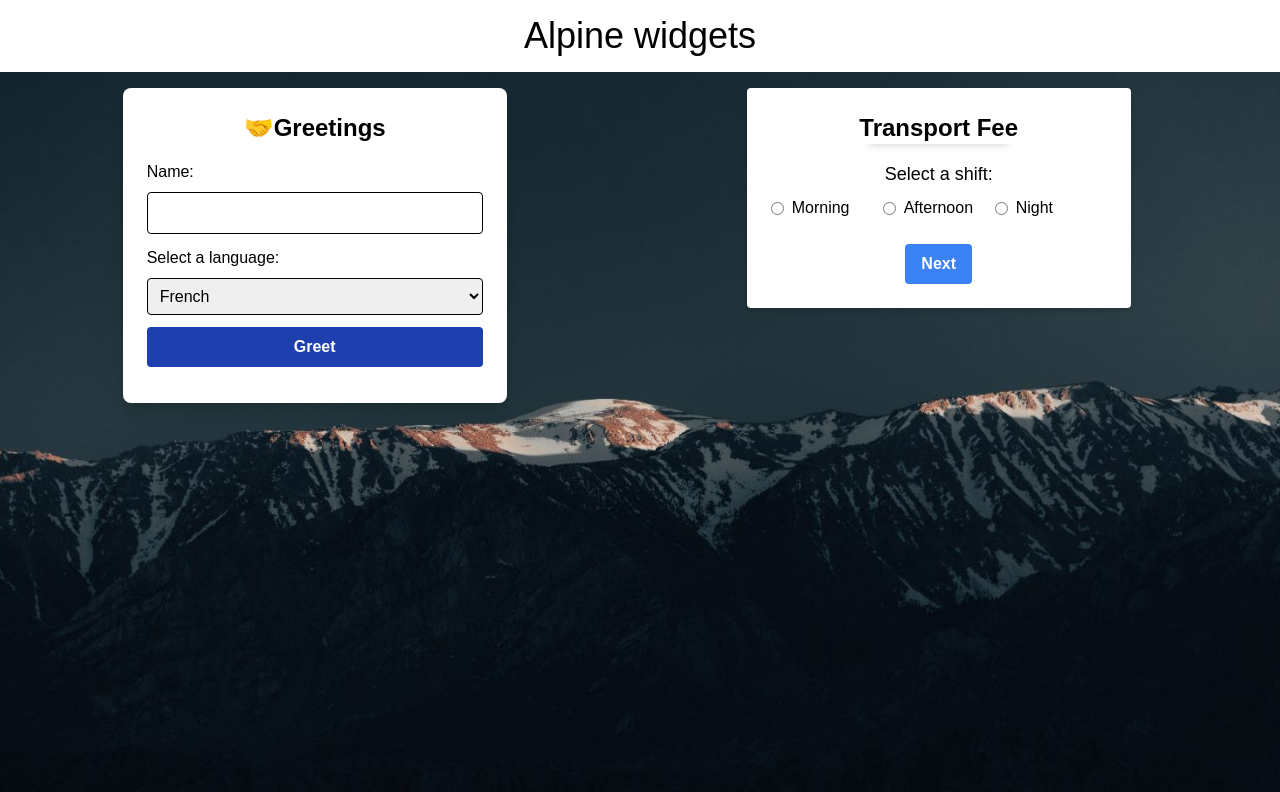
Repository: lasity34/alpine-bootcamp-widgets
Page: index.html
An editor plug-in stored every save of this project. The page is shown before and after the next save, followed by the edit.
The browser window is 1280 px wide. The pictures show the whole page.
Some web fonts or font styles are not loaded; a fallback is used. Some web libraries are served in a nearby version.

Above is the page before, as saved 2023-07-12 15:46:39.
Console error: ReferenceError: shift is not defined

### index.html
<!DOCTYPE html>
<html lang="en">
  <head>
    <meta charset="UTF-8" />
    <meta name="viewport" content="width=device-width, initial-scale=1.0" />
    <title>Alpine bootcamp widgets</title>
    <script src="https://unpkg.com/alpinejs@3.2.2" defer></script>

    <link
      href="https://cdn.jsdelivr.net/npm/tailwindcss@2.1.2/dist/tailwind.min.css"
      rel="stylesheet"
    />
    <link rel="preconnect" href="https://fonts.googleapis.com" />
    <link rel="preconnect" href="https://fonts.gstatic.com" crossorigin />
    <link
      href="https://fonts.googleapis.com/css2?family=Titillium+Web:ital@0;1&family=Tsukimi+Rounded:wght@300;400;500&display=swap"
      rel="stylesheet"
    />
    <link rel="stylesheet" href="./style.css" />
  </head>
  <body>
    <h1 class="text-4xl text-center mt-4 pb-4">Alpine widgets</h1>
    <div class="widget_container flex justify-around items-start h-screen">
      <section x-data="greet" class="w-1/3" >
        <div class="bg-white rounded-lg shadow-lg p-6 m-4 max-w-sm">
          <h2 class="text-2xl text-center font-bold mb-4">🤝Greetings</h2>
          <p
            class="mt-3 text-red-600 text-xl text-center"
            x-text="notification"
            x-show.transition="showNotification"
            x-transition:leave="transition ease-in duration-1000"
            x-transition:leave-start="opacity-100"
            x-transition:leave-end="opacity-0"
          ></p>
          <div>
            <label>Name:</label>
            <input
              type="text"
              x-model="name"
              class="border border-black p-2 mt-2 rounded w-full"
            />

            <label class="mt-3 block">Select a language:</label>
            <select
              x-model="language"
              class="border border-black mt-2 p-2 rounded w-full"
            >
              <option value="French">French</option>
              <option value="English">English</option>
              <option value="Spanish">Spanish</option>
            </select>
            <div class="flex justify-center flex-col">
              <button
                @click="validateInput() & greeting()"
                class="text-center mt-3 bg-blue-800 hover:bg-blue-900 text-white font-bold py-2 px-4 rounded"
              >
                Greet
              </button>

              <p
                class="mt-3 text-purple-700 text-2xl text-center"
                x-text="message"
              ></p>
            </div>
          </div>
        </div>
      </section>
      <section
      class="w-1/3"
        x-data="transportFee"
      >
      <div class="flex flex-col items-center bg-white max-w-sm mt-4 p-6 rounded shadow-md">
        <h1 class="text-2xl font-bold mb-4">Transport Fee</h1>

        <label class="text-lg mb-2">Select a shift:</label>
        <div class="flex justify-between w-full">


        <div class="flex items-center mb-2 w-1/3">
          <input
            type="radio"
            id="morning"
            name="shift"
            x-model="shift"
            value="morning"
            class="mr-2"
          />
          <label for="morning">Morning</label>
        </div>

        <div class="flex items-center mb-2 w-1/3">
          <input
            type="radio"
            id="afternoon"
            name="shift"
            x-model="shift"
            value="afternoon"
            class="mr-2"
          />
          <label for="afternoon">Afternoon</label>
        </div>

        <div class="flex items-center mb-2 w-1/3">
          <input
            type="radio"
            id="night"
            name="shift"
            x-model="shift"
            value="night"
            class="mr-2"
          />
          <label for="night">Night</label>
        </div>
      </div>
        <button
          @click="validate()"
          class="mt-4 bg-blue-500 hover:bg-blue-700 text-white font-bold py-2 px-4 rounded"
        >
          Next
        </button>
        </div>
      </section>
    </div>

    <script src="./greet.js"></script>
    <script src="./transportFee.js"></script>
  </body>
</html>

### style.css
body {


    font-family: 'Tsukimi Rounded', sans-serif;
}

h1 {
    box-shadow: 0 10px 10px -10px rgba(0,0,0,0.2);
    font-family: 'Tsukimi Rounded', sans-serif;
    color: #020101;
}

.widget_container {
    background-image: url(./background.jpg);
    background-repeat: no-repeat;
    background-size: cover;
    background-position: center;
}

### greet.js


function greet() {
  return {
    name: '',
    language: 'French',
    message: '',
    notification: '',
    showNotification: false,
    greeting() {
      if (!this.validateInput()) {
        return;
      }
      if (this.language === 'English') {
        this.message = `🇬🇧 Hello ${this.name} 🇬🇧`
      } else if (this.language === 'French') {
        this.message = `🇫🇷 Bonjour ${this.name} 🇫🇷`
      } else if (this.language === 'Spanish') {
        this.message = `🇪🇸 Hola ${this.name} 🇪🇸`
      }
      this.name = ''
    },
    validateInput() {
      let regex = /^[a-zA-Z]+$/;  // Regex for letters and spaces only
      if (!this.name) {
        this.notify('Please type in a name');
        return false;
      }
      if (!regex.test(this.name)) {
        this.notify('Please don\'t use special characters');
        this.name = ''
        return false;
      }

      return true;
    },
    notify(msg) {
      this.notification = msg;
      this.showNotification = true;
      setTimeout(() => this.showNotification = false, 3000);
    }
  }
}



document.addEventListener("alpine:init", () => {
    Alpine.data("greet", greet);
  });

### transportFee.js
function transportFee() {
    return {

    }
}




document.addEventListener("alpine:init", () => {
    Alpine.data("transportFee", transportFee);
  });

After the next save:
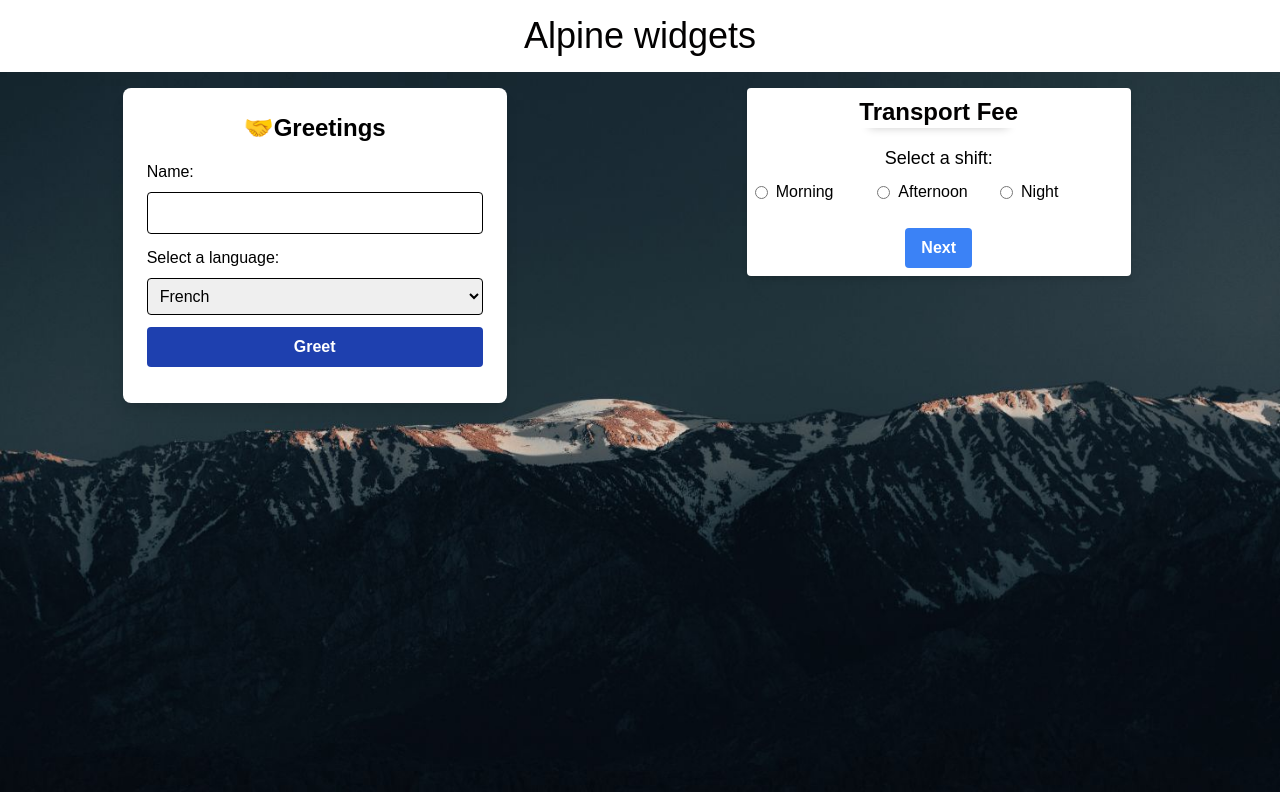
Saved 44 s later.
--- a/index.html
+++ b/index.html
@@ -69,7 +69,7 @@
       class="w-1/3"
         x-data="transportFee"
       >
-      <div class="flex flex-col items-center bg-white max-w-sm mt-4 p-6 rounded shadow-md">
+      <div class="flex flex-col items-center bg-white max-w-sm mt-4 p-2 rounded shadow-md">
         <h1 class="text-2xl font-bold mb-4">Transport Fee</h1>
 
         <label class="text-lg mb-2">Select a shift:</label>
